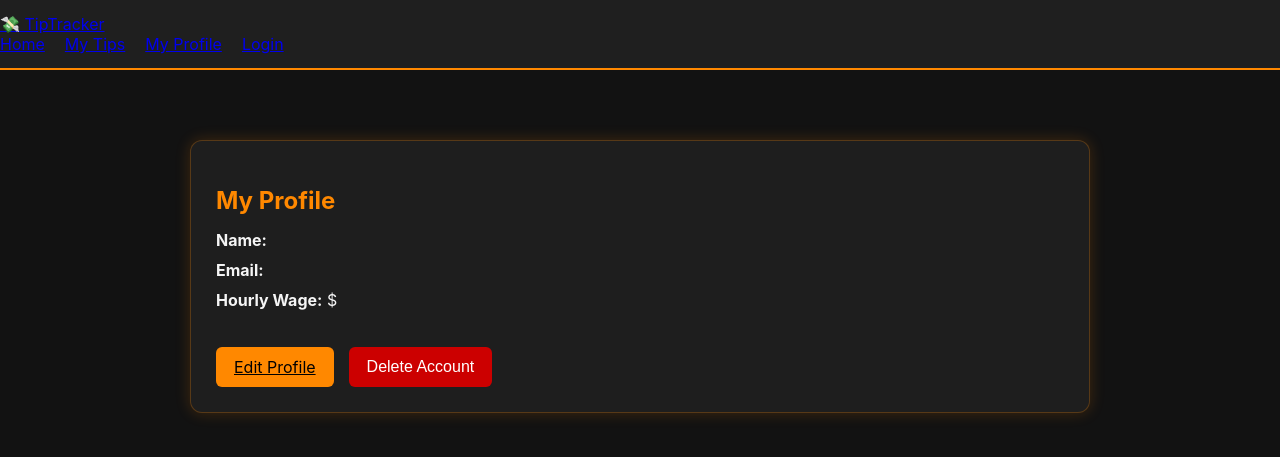
Repository: rozhinasaberi/tip-tracker
Page: frontend/profile.html
These files come from the project's save history. The page is drawn as it stood at one moment and after the next save; the edit follows.
The browser window is 1280 px wide. The pictures show the whole page.
The page's requests for data from a server got no answer.

Above is the page before, as saved 2025-12-01 17:43:26.

### frontend/profile.html
<!DOCTYPE html>
<html lang="en">
<head>
  <meta charset="UTF-8" />
  <title>My Profile • TipTracker</title>
  <link rel="stylesheet" href="styles.css" />
</head>

<body>
  <nav id="navbar"></nav>

  <main>
    <section class="card">

      <h2>My Profile</h2>

      <div id="profile-info">
        <p><strong>Name:</strong> <span id="profile-name"></span></p>
        <p><strong>Email:</strong> <span id="profile-email"></span></p>
        <p><strong>Hourly Wage:</strong> $<span id="profile-Wage"></span></p>
      </div>

      <div class="profile-actions">
        <a href="./edit-profile.html" class="btn">Edit Profile</a>
        <button id="delete-account-btn" class="btn-danger">Delete Account</button>
      </div>

    </section>
  </main>

  <script src="app.js"></script>
</body>
</html>

### frontend/styles.css
/* ================================
   GLOBAL STYLING
================================ */
body {
  margin: 0;
  padding: 0;
  background: #121212;
  color: #f5f5f5;
  font-family: "Inter", Arial, sans-serif;
}

.hidden {
  display: none !important;
}

main {
  padding: 40px 20px;
  max-width: 900px;
  margin: 0 auto;
}

/* ================================
   NAVBAR
================================ */
#navbar {
  width: 100%;
  background: #1f1f1f;
  border-bottom: 2px solid #ff8800;
  padding: 14px 0;
  margin-bottom: 30px;
}

.nav-container {
  width: 90%;
  max-width: 1100px;
  margin: auto;
  display: flex;
  align-items: center;
  justify-content: space-between;
}

.nav-logo {
  color: #ff8800;
  font-size: 1.4rem;
  font-weight: bold;
  text-decoration: none;
}

.nav-links {
  display: flex;
  align-items: center;
  gap: 20px;
}

.nav-link,
.nav-user {
  color: #e0e0e0;
  font-size: 1rem;
  text-decoration: none;
  padding: 6px 10px;
  border-radius: 6px;
  transition: 0.2s ease;
}

.nav-link:hover {
  background: rgba(255, 136, 0, 0.2);
}

.active {
  background: #ff8800 !important;
  color: #000 !important;
}

.nav-user {
  font-weight: 600;
  opacity: 0.8;
}

/* ================================
   CARD CONTAINER
================================ */
.card {
  background: #1e1e1e;
  border-radius: 12px;
  padding: 25px;
  box-shadow: 0 0 15px rgba(255, 136, 0, 0.2);
  border: 1px solid rgba(255, 136, 0, 0.25);
}

.card h2 {
  color: #ff8800;
  margin-bottom: 15px;
}

/* ================================
   BUTTONS
================================ */
.btn,
button {
  display: inline-block;
  background: #ff8800;
  color: #000;
  padding: 10px 18px;
  border-radius: 6px;
  border: none;
  cursor: pointer;
  margin-top: 12px;
  font-size: 1rem;
  transition: 0.2s ease;
}

.btn:hover,
button:hover {
  background: #ffaa33;
}

.btn-secondary {
  display: inline-block;
  background: transparent;
  border: 2px solid #ff8800;
  color: #ff8800;
  padding: 8px 15px;
  border-radius: 6px;
}

.btn-secondary:hover {
  background: #ff8800;
  color: #000;
}

.btn-danger {
  background: #cc0000;
  color: #fff;
}

.btn-danger:hover {
  background: #ff3333;
}

/* ================================
   FORMS
================================ */
form label {
  display: block;
  margin-bottom: 15px;
  font-size: 0.95rem;
}

input,
textarea {
  width: 100%;
  padding: 10px;
  border-radius: 6px;
  border: none;
  margin-top: 5px;
  background: #2c2c2c;
  color: #fff;
}

textarea {
  resize: vertical;
}

/* ================================
   HOME PAGE
================================ */
#home-logged-out h1 {
  font-size: 2.2rem;
  margin-bottom: 10px;
  color: #ff8800;
  text-align: center;
}

.home-buttons {
  display: flex;
  justify-content: center;
  gap: 20px;
}

/* ================================
   DASHBOARD STATS (HOME LOGGED IN)
================================ */
.stats-container {
  display: flex;
  justify-content: space-between;
  gap: 20px;
  margin-top: 20px;
}

.stat {
  background: #292929;
  border: 1px solid rgba(255, 136, 0, 0.3);
  border-radius: 12px;
  padding: 20px;
  width: 32%;
  text-align: center;
}

.stat h3 {
  color: #ff8800;
  margin-bottom: 10px;
  font-size: 1.1rem;
}

.stat p {
  font-size: 1.3rem;
  font-weight: bold;
}

/* ================================
   TIP LIST PAGE
================================ */
.tip-item {
  background: #252525;
  padding: 15px;
  border-radius: 10px;
  border: 1px solid rgba(255, 136, 0, 0.25);
  margin-bottom: 15px;
  display: flex;
  justify-content: space-between;
  align-items: center;
}

.tip-main {
  font-size: 0.95rem;
}

.tip-meta {
  color: #bbbbbb;
  font-size: 0.85rem;
}

/* ================================
   PROFILE
================================ */
#profile-info p {
  margin: 10px 0;
}

.profile-actions {
  margin-top: 25px;
  display: flex;
  gap: 15px;
}

/* ================================
   EDIT TIP PAGE
================================ */
#edit-tip-form input,
#edit-tip-form textarea {
  background: #2d2d2d;
  border: 1px solid rgba(255, 136, 0, 0.3);
}

### frontend/app.js
// =========================
// GLOBAL CONFIG
// =========================
const API = "http://localhost:4001"; // backend root
const token = localStorage.getItem("token");
const userId = localStorage.getItem("userId");

// =========================
// LOAD NAVBAR FOR ALL PAGES
// =========================
document.addEventListener("DOMContentLoaded", () => {
  const navbar = document.getElementById("navbar");
  if (navbar) loadNavbar();
  routePage();
});

function loadNavbar() {
  const loggedIn = !!token;

  document.getElementById("navbar").innerHTML = `
    <a href="./index.html" class="logo">💸 TipTracker</a>

    <div class="nav-links">
      <a href="./index.html">Home</a>
      <a href="./tips.html">My Tips</a>
      <a href="./profile.html">My Profile</a>

      ${
        loggedIn
          ? `<span>Hi, user</span> <button id="logout-btn" class="logout-btn">Logout</button>`
          : `<a href="./login.html">Login</a>`
      }
    </div>
  `;

  const logoutBtn = document.getElementById("logout-btn");
  if (logoutBtn) {
    logoutBtn.addEventListener("click", () => {
      localStorage.clear();
      window.location.href = "./login.html";
    });
  }
}

// =========================
// PAGE ROUTING LOGIC
// =========================
function routePage() {
  const page = window.location.pathname;

  if (page.includes("index.html")) return loadHome();
  if (page.includes("login.html")) return initLogin();
  if (page.includes("register.html")) return initRegister();
  if (page.includes("profile.html")) return loadProfile();
  if (page.includes("edit-profile.html")) return initEditProfile();
  if (page.includes("tips.html")) return loadTips();
  if (page.includes("edit-tip.html")) return initEditTip();
}

// =========================
// HOME PAGE
// =========================
function loadHome() {
  const loggedOut = document.getElementById("home-logged-out");
  const loggedIn = document.getElementById("home-logged-in");

  if (!token) {
    loggedOut.classList.remove("hidden");
    return;
  }

  loggedIn.classList.remove("hidden");

  // Load dashboard stats
  fetch(`${API}/tips/user/${userId}`)
    .then((res) => res.json())
    .then((data) => {
      const totalEarned = data.reduce((sum, t) => sum + t.amountEarned, 0);
      const totalHours = data.reduce((sum, t) => sum + t.hoursWorked, 0);

      document.getElementById("stat-total-tips").innerText = `$${totalEarned}`;
      document.getElementById("stat-total-hours").innerText = `${totalHours} hrs`;
      document.getElementById("stat-total-entries").innerText = data.length;
    });
}

// =========================
// LOGIN PAGE
// =========================
function initLogin() {
  const form = document.getElementById("login-form");

  form.addEventListener("submit", async (e) => {
    e.preventDefault();

    const email = form.email.value;
    const password = form.password.value;

    const res = await fetch(`${API}/users/login`, {
      method: "POST",
      headers: { "Content-Type": "application/json" },
      body: JSON.stringify({ email, password }),
    });

    const data = await res.json();

    if (!data.token) {
      alert("Invalid login");
      return;
    }

    localStorage.setItem("token", data.token);
    localStorage.setItem("userId", data.user._id);

    window.location.href = "./index.html";
  });
}

// =========================
// REGISTER PAGE
// =========================
function initRegister() {
  const form = document.getElementById("register-form");

  form.addEventListener("submit", async (e) => {
    e.preventDefault();

    const user = {
      name: form.name.value,
      email: form.email.value,
      password: form.password.value,
      hourlyWage: form.hourlyWage.value,
    };

    const res = await fetch(`${API}/users/register`, {
      method: "POST",
      headers: { "Content-Type": "application/json" },
      body: JSON.stringify(user),
    });

    if (res.ok) {
      window.location.href = "./login.html";
    } else {
      alert("Error registering user");
    }
  });
}

// =========================
// PROFILE PAGE
// =========================
function loadProfile() {
  fetch(`${API}/users/${userId}`, {
    headers: { Authorization: `Bearer ${token}` },
  })
    .then((res) => res.json())
    .then((user) => {
      document.getElementById("profile-name").innerText = user.name;
      document.getElementById("profile-email").innerText = user.email;
      document.getElementById("profile-wage").innerText = user.hourlyWage;
    });
}

// =========================
// EDIT PROFILE PAGE
// =========================
function initEditProfile() {
  const form = document.getElementById("edit-profile-form");

  fetch(`${API}/users/${userId}`)
    .then((res) => res.json())
    .then((user) => {
      document.getElementById("edit-name").value = user.name;
      document.getElementById("edit-email").value = user.email;
      document.getElementById("edit-wage").value = user.hourlyWage;
    });

  form.addEventListener("submit", async (e) => {
    e.preventDefault();

    const updated = {
      name: form["edit-name"].value,
      email: form["edit-email"].value,
      hourlyWage: form["edit-wage"].value,
      password: form["edit-password"].value,
    };

    await fetch(`${API}/users/${userId}`, {
      method: "PUT",
      headers: { "Content-Type": "application/json" },
      body: JSON.stringify(updated),
    });

    window.location.href = "./profile.html";
  });
}

// =========================
// TIPS PAGE
// =========================
function loadTips() {
  const list = document.getElementById("tips-list");
  const refreshBtn = document.getElementById("refresh-tips");

  async function load() {
    const res = await fetch(`${API}/tips/user/${userId}`);
    const data = await res.json();

    list.innerHTML = "";

    data.forEach((t) => {
      const item = document.createElement("div");
      item.classList.add("tip-card");

      item.innerHTML = `
        <h3>${t.date}</h3>
        <p>Hours Worked: ${t.hoursWorked}</p>
        <p>Tip Amount: $${t.tipAmount}</p>
        <p>Earned: $${t.amountEarned}</p>
        <a class="btn" href="./edit-tip.html?id=${t._id}">Edit</a>
      `;

      list.appendChild(item);
    });
  }

  load();
  refreshBtn.addEventListener("click", load);
}

// =========================
// EDIT TIP PAGE
// =========================
function initEditTip() {
  const params = new URLSearchParams(window.location.search);
  const tipId = params.get("id");
  const form = document.getElementById("edit-tip-form");

  fetch(`${API}/tips/${tipId}`)
    .then((res) => res.json())
    .then((t) => {
      document.getElementById("edit-date").value = t.date;
      document.getElementById("edit-hours").value = t.hoursWorked;
      document.getElementById("edit-tip").value = t.tipAmount;
    });

  form.addEventListener("submit", async (e) => {
    e.preventDefault();

    const updated = {
      date: form["edit-date"].value,
      hoursWorked: form["edit-hours"].value,
      tipAmount: form["edit-tip"].value,
    };

    await fetch(`${API}/tips/${tipId}`, {
      method: "PUT",
      headers: { "Content-Type": "application/json" },
      body: JSON.stringify(updated),
    });

    window.location.href = "./tips.html";
  });
}

After the next save:
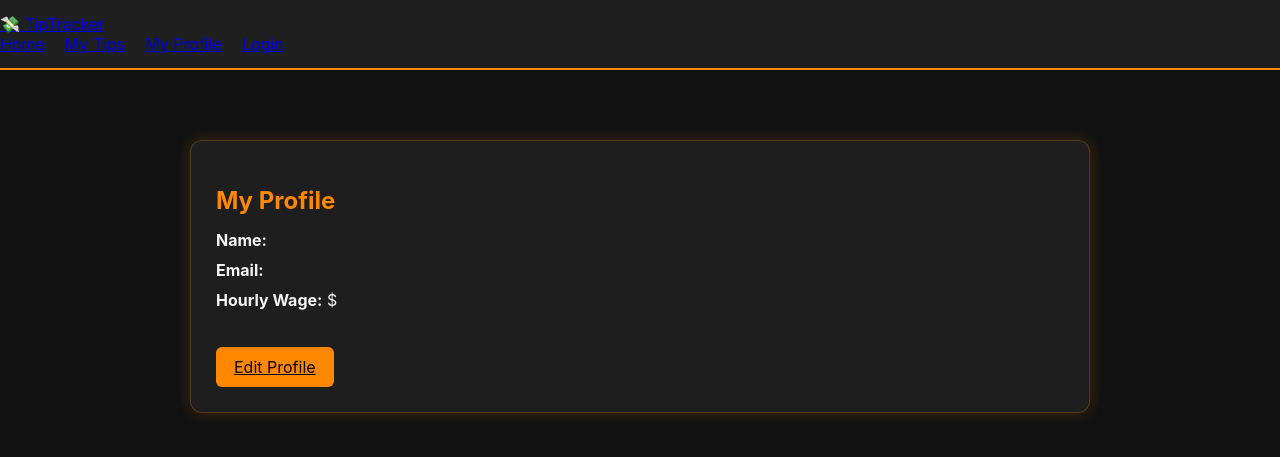
Saved 7 s later.
--- a/frontend/profile.html
+++ b/frontend/profile.html
@@ -11,20 +11,17 @@
 
   <main>
     <section class="card">
-
       <h2>My Profile</h2>
 
       <div id="profile-info">
         <p><strong>Name:</strong> <span id="profile-name"></span></p>
         <p><strong>Email:</strong> <span id="profile-email"></span></p>
-        <p><strong>Hourly Wage:</strong> $<span id="profile-Wage"></span></p>
+        <p><strong>Hourly Wage:</strong> $<span id="profile-wage"></span></p>
       </div>
 
       <div class="profile-actions">
         <a href="./edit-profile.html" class="btn">Edit Profile</a>
-        <button id="delete-account-btn" class="btn-danger">Delete Account</button>
       </div>
-
     </section>
   </main>
 
